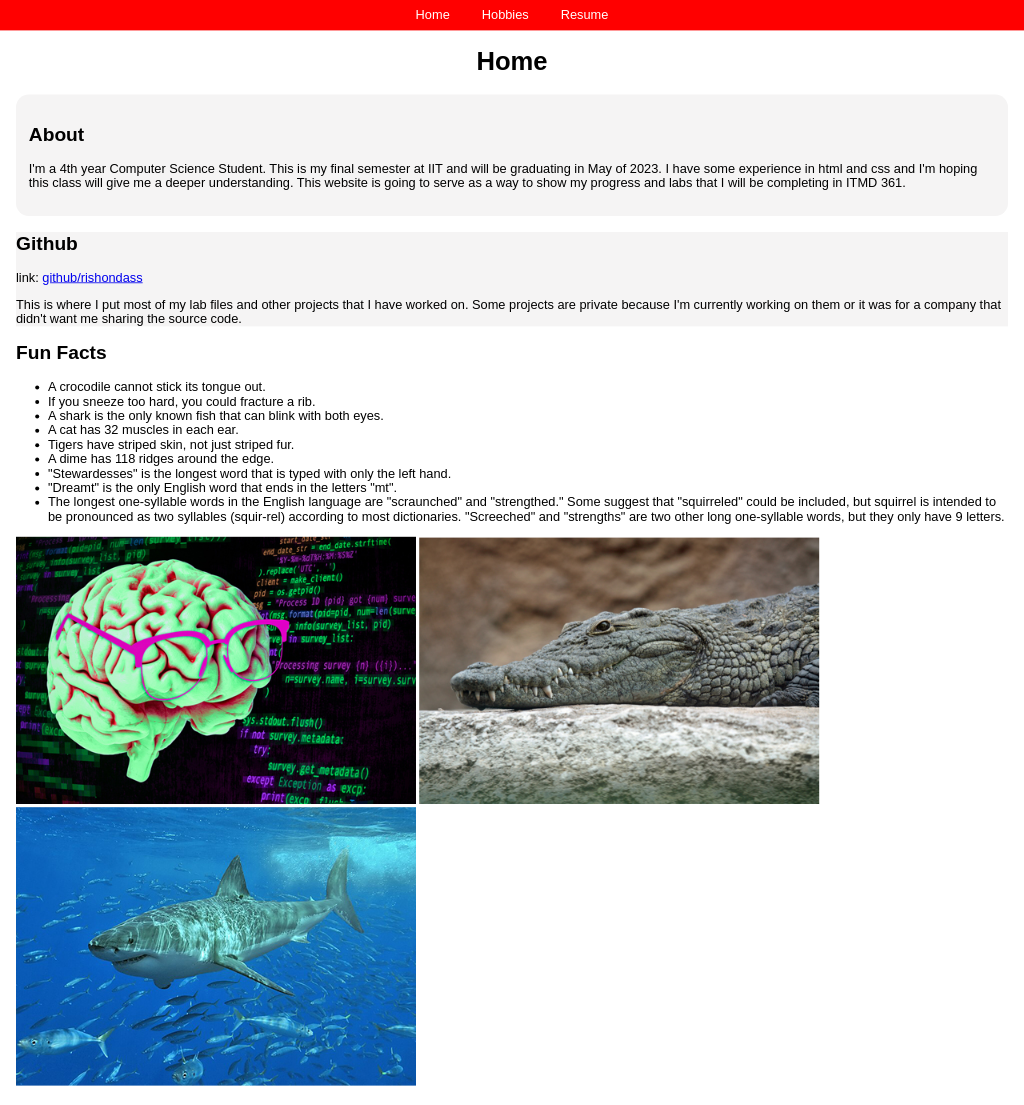
Repository: rishondass/ITMD361-Project2
Page: index.html
The author's editor kept a copy of each file at every save. The page is drawn from the files as they stood at one save, then again after a run of saves.
The browser window is 1280 px wide. The pictures show the whole page, at 80% of full size.

Above is the page before, as saved 2023-03-07 21:50:53.

### index.html
<!DOCTYPE html>
<html lang="en">
<head>
    <meta charset="UTF-8">
    <meta name="viewport" content="width=device-width, initial-scale=1.0">
    <link rel="stylesheet" href="css/style.css">
    <link rel="stylesheet" href="css/normalize.css">
    <title>Home</title>
</head>
<body>
    <nav id="main-nav">
        <ul>
            <li>
                <a href="index.html">Home</a>
            </li>
            <li>
                <a href="hobbies.html">Hobbies</a>
            </li>
            <li>
                <a href="resume.html">Resume</a>
            </li>
        </ul>
    </nav>
    <div id="hero-section">
        <h1 id="title-Home">
            Home
        </h1>
    </div>
    <div id="main-container">
        <div id="about-section">
            <h2>
                About
            </h2>
            <p>
                I'm a 4th year Computer Science Student. This is my final semester at IIT and will be graduating in May of 2023. I have some experience in html and css and I'm hoping this class will give me a deeper understanding. This website is going to serve as a way to show my progress and labs that I will be completing in ITMD 361.
            </p>
        </div>
        <div id="github-section">
            <h2>
                Github
            </h2>
            <p>
                link: <a target="_blank" href="https://www.github.com/rishondass">github/rishondass</a>
            </p>
            <p>
                This is where I put most of my lab files and other projects that I have worked on. Some projects are private because I'm currently working on them or it was for a company that didn't want me sharing the source code.
            </p>
        </div>

        <h2>
            Fun Facts
        </h2>
        <ul>
            <li>
                A crocodile cannot stick its tongue out.
            </li>
            <li>
                If you sneeze too hard, you could fracture a rib.
            </li>
            <li>
                A shark is the only known fish that can blink with both eyes.
            </li>
            <li>
                A cat has 32 muscles in each ear.
            </li>
            <li>
                Tigers have striped skin, not just striped fur.
            </li>
            <li>
                A dime has 118 ridges around the edge.
            </li>
            <li>
                "Stewardesses" is the longest word that is typed with only the left hand.
            </li>
            <li>
                "Dreamt" is the only English word that ends in the letters "mt".
            </li>
            <li>
                The longest one-syllable words in the English language are "scraunched" and "strengthed." Some suggest that "squirreled" could be included, but squirrel is intended to be pronounced as two syllables (squir-rel) according to most dictionaries. "Screeched" and "strengths" are two other long one-syllable words, but they only have 9 letters.
            </li>
        </ul>
        <img src="images/code.jpg" alt="image_of_code">
        <img src="images/Nile_crocodile_head.jpg" alt="image_of_crocodile">
        <img src="images/White_shark.jpg" alt="image_of_shark">

    </div>
</body>
</html>

### css/style.css
#main-nav{
    background-color: red;
    overflow: hidden;
}

#main-nav ul{
    list-style-type: none;
    padding: 0;
    margin: 0;
    display: flex;
    justify-content: center;
}

#main-nav a{
   display: block;
   padding: 10px 20px;
   text-decoration: none;
   color: white;
}


#main-nav a:hover{
    background-color: rgb(255, 255, 255);
    color:black;
}

#main-container{
    margin: 20px;
}

/*
To be added
#hero-section{
    width: 100%;
    height: 100vh;
    background-color:rgb(15, 92, 207);
} */

#title-Home{
    text-align: center;
}

#about-section{
    border-radius: 1rem;
    padding: 1rem;
}

#main-container div{
    background-color:rgb(245, 244, 244);
}

Loaded but not shown: css/normalize.css (library)

After the next 2 saves:
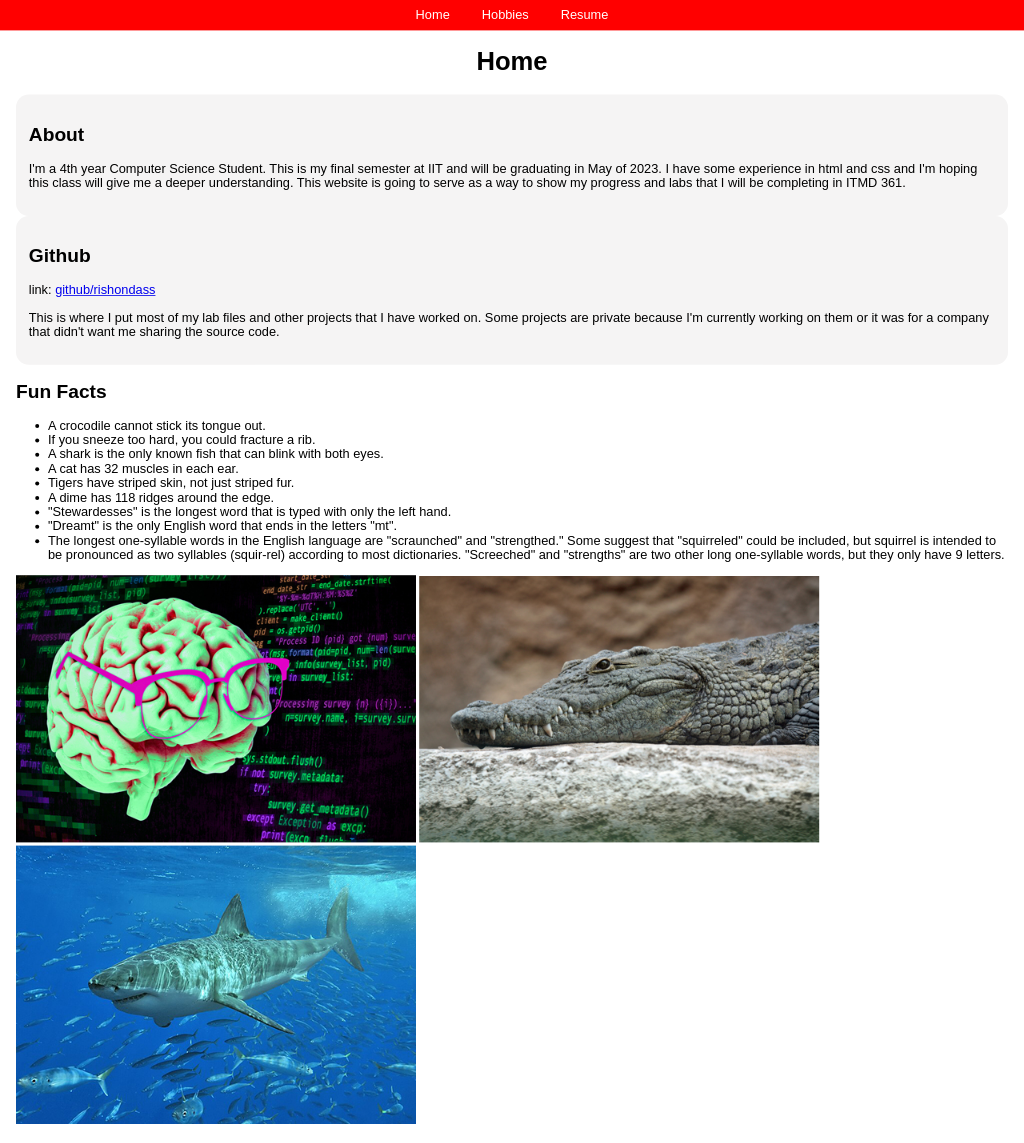
The 2 saves are shown as one change because they came seconds apart.
The last was saved 9 s later.
--- a/css/style.css
+++ b/css/style.css
@@ -41,10 +41,11 @@ To be added
 }
 
 #about-section{
-    border-radius: 1rem;
-    padding: 1rem;
+
 }
 
 #main-container div{
+    border-radius: 1rem;
+    padding: 1rem;
     background-color:rgb(245, 244, 244);
 }
